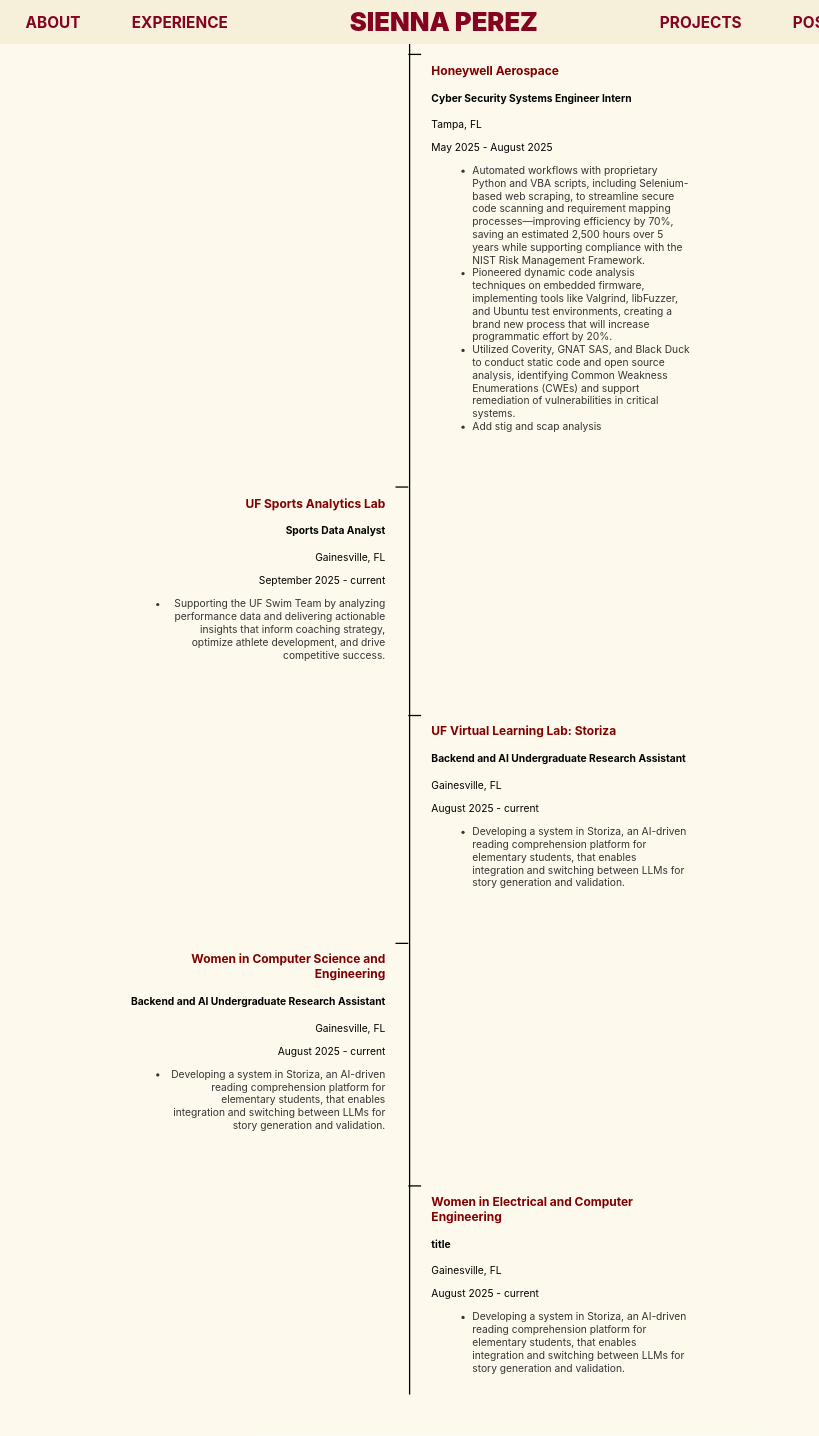
Repository: siennaperez/siennaperezweb
Page: /experience
The author's editor kept a copy of each file at every save. The page is drawn from the files as they stood at one save, then again after the next save.
The browser window is 1280 px wide. The pictures show the whole page, at 64% of full size.
The project was rebuilt for these pictures with package versions that can differ from the ones it lists, and the page was loaded fresh each time. Also part of the build but not shown: src/App.css, src/pages/About.css, src/pages/About.js, src/pages/Home.js.

Above is the page before, as saved 2025-09-21 15:26:54.

After the next save:
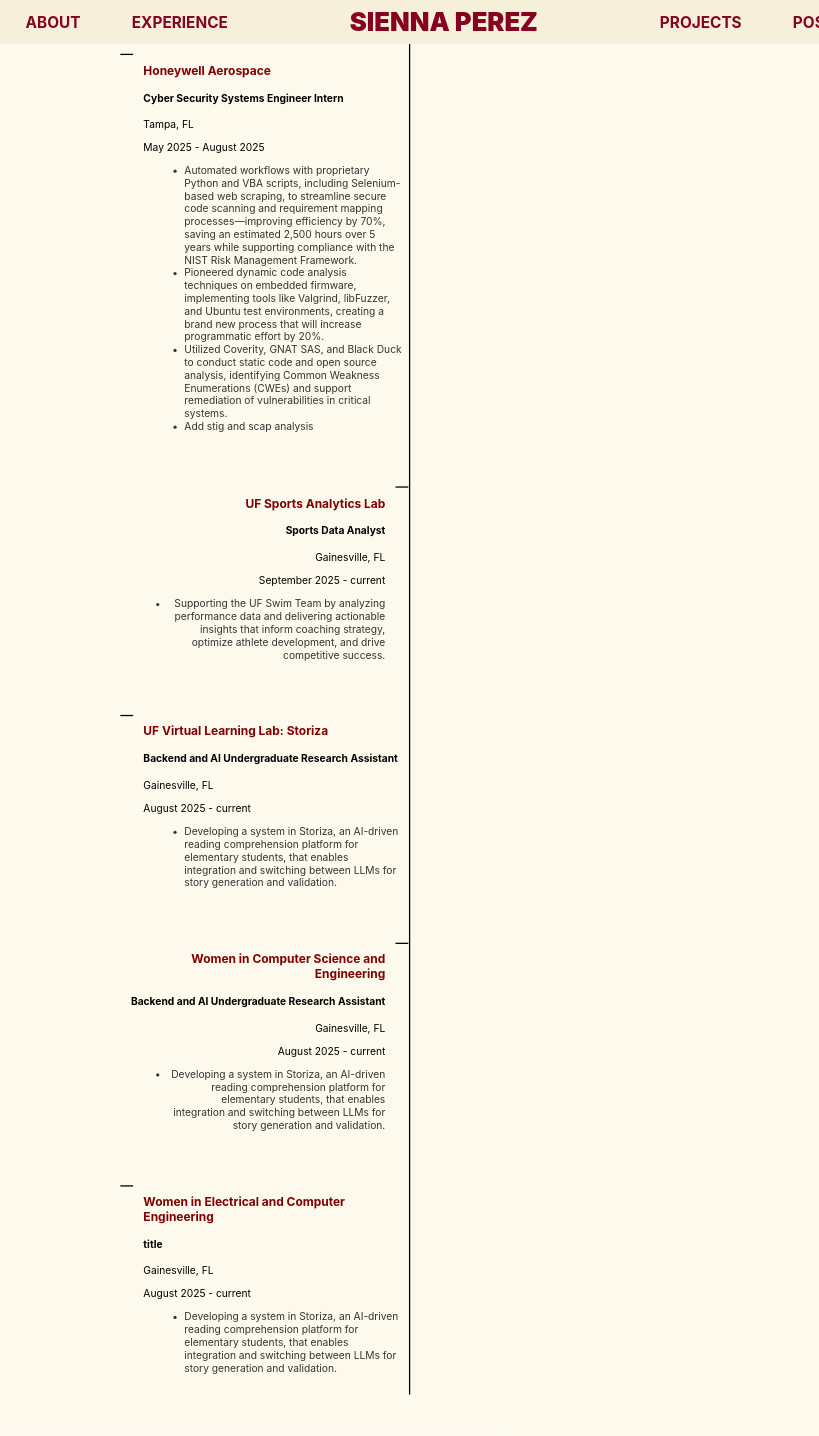
Saved 9 s later.
--- a/src/pages/Experience.css
+++ b/src/pages/Experience.css
@@ -47,7 +47,7 @@
 
 .timeline-item.right {
   text-align: left;
-  left: 52%;
+  left: 2%;
 }
 
 /* Add connector line */
